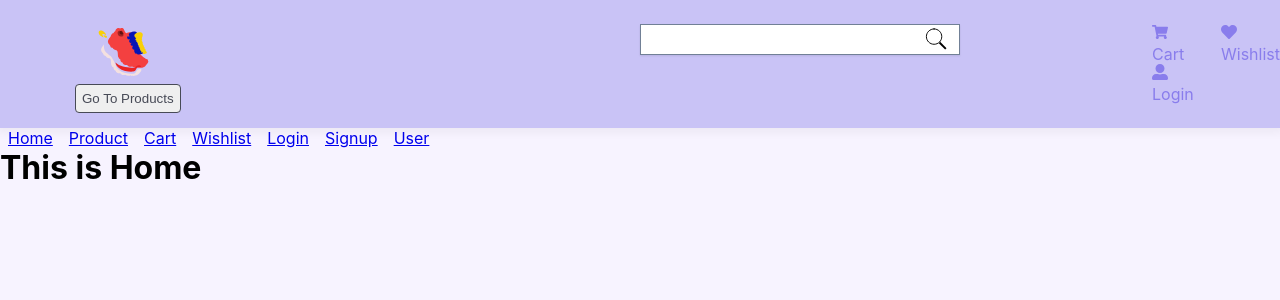
Repository: Irfan-vit/shoecase
Page: /
These files come from the project's save history. The page is drawn as it stood at one moment and after the next save; the edit follows.
The browser window is 1280 px wide. The pictures show the whole page.
The page's requests for data from a server got no answer. The project was rebuilt for these pictures with package versions that can differ from the ones it lists, and the page was loaded fresh each time. No one was signed in, and anything a server would have sent is missing. Also part of the build but not shown: src/pages/Product/ProductPage.jsx, src/pages/cart/CartPage.jsx, src/pages/wishlist/WishlistPage.jsx, src/pages/login/LoginPage.jsx, src/pages/signup/SignupPage.jsx, src/pages/user/StyledUser.jsx, src/components/forms/addAddress/AddAddress.jsx, src/components/forms/editAddress/EditAddress.jsx and 4 more.

Above is the page before, as saved 2023-05-22 04:40:59.

### src/index.js
import React, { useState } from 'react'
import { createRoot } from 'react-dom/client'
import { BrowserRouter } from 'react-router-dom'
import { makeServer } from './server'
import App from './App'

import { AuthProvider } from './context/AuthContext'
import { ToastContainer } from 'react-toastify'
import { ThemeProvider } from 'styled-components'
import { defaultTheme } from './utils/theme/theme'
import GlobalStyles from './utils/theme/Global'
import 'react-toastify/dist/ReactToastify.min.css'
import './utils/css/typography.css'
import './utils/css/colors.css'

// Call make Server
makeServer()

createRoot(document.getElementById('root')).render(
  <BrowserRouter>
    <AuthProvider>
      <ThemeProvider theme={defaultTheme}>
        <App />
        <ToastContainer />
        <GlobalStyles />
      </ThemeProvider>
    </AuthProvider>
  </BrowserRouter>,
)

### src/App.jsx
import { useEffect } from 'react'
import { Routes, Route, Link } from 'react-router-dom'
import axios from 'axios'

import Home from './pages/home/HomePage'
import Product from './pages/Product/ProductPage'
import Cart from './pages/cart/CartPage'
import Wishlist from './pages/wishlist/WishlistPage'
import Login from './pages/login/LoginPage'
import Signup from './pages/signup/SignupPage'
import User from './pages/user/User'

import RequiresAuth from './components/RequiresAuth'
import { useAuth } from './context/AuthContext'
import NavBar from './components/navBar/NavBar'

function App() {
  async function getCat() {
    const res = await axios.get('/api/products')
    const dat = res.data.products
    console.log(dat)
  }
  useEffect(() => {
    getCat()
  }, [])
  return (
    <div className="App">
      <NavBar />
      <nav>
        <Link to="/" style={{ padding: '0.5rem' }}>
          Home
        </Link>
        <Link to="/product" style={{ padding: '0.5rem' }}>
          Product
        </Link>
        <Link to="/cart" style={{ padding: '0.5rem' }}>
          Cart
        </Link>
        <Link to="/wishlist" style={{ padding: '0.5rem' }}>
          Wishlist
        </Link>
        <Link to="/login" style={{ padding: '0.5rem' }}>
          Login
        </Link>
        <Link to="/signup" style={{ padding: '0.5rem' }}>
          Signup
        </Link>
        <Link to="/user" style={{ padding: '0.5rem' }}>
          User
        </Link>
      </nav>
      <Routes>
        <Route path="/" element={<Home />} />
        <Route path="/product" element={<Product />} />
        <Route path="/wishlist" element={<Wishlist />} />
        <Route path="/login" element={<Login />} />
        <Route path="/signup" element={<Signup />} />
        {/* <Route path="/user" element={<User />} /> */}
        <Route
          path="/cart"
          element={
            <RequiresAuth>
              <Cart />
            </RequiresAuth>
          }
        />
        <Route
          path="/user"
          element={
            <RequiresAuth>
              <User />
            </RequiresAuth>
          }
        />
      </Routes>
    </div>
  )
}

export default App

### src/context/AuthContext.jsx
import { createContext, useContext, useEffect, useState } from 'react'
import { useNavigate, useLocation } from 'react-router-dom'
import axios from 'axios'
import { login, signup } from '../api/auth/apiAuth'

const AuthContext = createContext()

const AuthProvider = ({ children }) => {
  const localStorageToken = JSON.parse(localStorage.getItem('token'))
  const navigate = useNavigate()
  const location = useLocation()
  const [token, setToken] = useState(localStorageToken?.token)
  const [userDetails, setUserDetails] = useState(localStorageToken?.user)

  async function getUser({ email, password }, e) {
    try {
      e.preventDefault()
      const {
        data: { foundUser, encodedToken },
      } = await login({ email, password })
      localStorage.setItem(
        'token',
        JSON.stringify({ token: encodedToken, user: foundUser }),
      )
      setToken(encodedToken)
      setUserDetails(foundUser)
      console.log(foundUser)
      navigate(location?.state?.from?.pathname ?? '/', { replace: true })
    } catch {
      console.error('invalid Credentials')
    }
  }

  async function setUser({ email, password }, e) {
    try {
      e.preventDefault()
      const {
        data: { createdUser, encodedToken },
      } = await signup({ email, password })
      console.log(createdUser, encodedToken, 'response data')
      localStorage.setItem(
        'token',
        JSON.stringify({ token: encodedToken, user: createdUser }),
      )
      setToken(encodedToken)
      setUserDetails(createdUser)
      console.log(createdUser)
      navigate('/')
    } catch {
      console.error('invalid signup')
    }
  }
  return (
    <AuthContext.Provider
      value={{ getUser, setUser, token, setToken, userDetails, setUserDetails }}
    >
      {children}
    </AuthContext.Provider>
  )
}

const useAuth = () => useContext(AuthContext)

export { AuthProvider, useAuth }

### src/utils/theme/theme.js
import defaultColors from './defaultThemeColors'
// import typography from './typogarphy'
export const defaultTheme = {
  primaryBg: defaultColors.primaryBg,
  offSetBg: defaultColors.offSetBg,
  primaryText: defaultColors.primaryText,
  PrimaryHeading: defaultColors.PrimaryHeading,
  offSetText: defaultColors.offSetText,
  action: defaultColors.action,
  actionOffSet: defaultColors.actionOffSet,
  higilight: defaultColors.higilight,
}
export const darkTheme = {
  primaryBg: defaultColors.primaryBg,
  offSetBg: defaultColors.offSetBg,
  textOnPrimary: defaultColors.textOnPrimary,
  textOnOffSet: defaultColors.textOnOffSet,
  action: defaultColors.action,
  textColor: defaultColors.textColor,
  textMuted: defaultColors.textMuted,
}

### src/utils/theme/Global.js
import { createGlobalStyle } from 'styled-components'

const GlobalStyles = createGlobalStyle`
html {
    box-sizing: border-box;
    font-size: 16px;
    font-family: var(--font-family-body);
  }
*, *::before, *::after {
    box-sizing: inherit;
    Margin:0;
    Padding:0;
    Border:0;
}
body{
  background-color: ${(props) => props.theme.primaryBg};
}
`
export default GlobalStyles

### src/utils/css/typography.css
html {
    box-sizing: border-box;
    font-size: 16px;
    font-family: var(--font-family-body);
  }
*, *::before, *::after {
    box-sizing: inherit;
    Margin:0;
    Padding:0;
    Border:0;
}

:root{
    --font-family-hero: CircularPro, "Gill Sans", "Gill Sans MT", "Helvetica Neue", Helvetica, Arial, sans-serif;
    --font-family-headings: CircularPro, Sans, apple-system, sans-serif;
    --font-family-body: -apple-system, BlinkMacSystemFont, "Segoe UI", Roboto, Helvetica, Arial, sans-serif, "Apple Color Emoji", "Segoe UI Emoji", "Segoe UI Symbol";
    --font-family-serif: Georgia, "Times New Roman", serif;
    --font-family-mono: Menlo, Monaco, "Courier New", monospace;
    --font-xxxs: 0.425rem;
    --font-xxs: 0.625rem;
    --font-xs: 0.7rem;
    --font-sm: 0.875rem;
    --font-md: 1rem;
    --font-lg: 1.25rem;
    --font-xl: 1.5rem;
    --font-xxl: 2.25rem;
    --font-xxxl: 3rem;
    --font-xxxxl: 4rem;
    --font-weight-light: 300;
    --font-weight-normal: 400;
    --font-weight-strong: 500;
    --font-weight-semi-bold: 600;
    --font-weight-bold: 700;
    --primary-color: #6c5ce7;
    --primary-heavy: #5d4aec;
    --primary-light: #897dec;
    --text-on-primary: #ffffff;
    --primary-bg: #eceaff;
    --primary-bg-heavy: #c9c3f6;
    --secondary-color: #ffffff;
    --secondary-heavy: #ffffff;
    --secondary-light: #ffffff;
    --text-on-secondary: #6c5ce7;
    --secondary-bg: #ffffff;
    --secondary-bg-heavy: #ffffff;
    --error-color: #e62e5c;
    --error-heavy: #d31948;
    --error-light: #f086a0;
    --error-bg: #f7bac9;
    --error-bg-heavy: #8d1130;
    --spacing-unit: 6px;
    --margins: 2;
    --margin-size: (var(--margins) * 2);
    --cell-padding: (4 * var(--spacing-unit));
    --grid-gutter: (var(--margins) * var(--spacing-unit));
    --grid-margin: (var(--margin-size) * var(--spacing-unit));
    --cell-margin: (var(--grid-gutter) / 2);
    --border-radius-small: 0.125rem;
    --border-radius-medium: 0.25rem;
    --border-radius-large: 0.5rem;
    --border-radius-x-large: 1rem;
    --border-radius-circle: 50%;
    --border-radius-pill: 9999px;
    --border-size1: 1px;
    --border-size2: 2px;
    --border-size3: 3px;
    --border-size4: 4px;
    --text-color: #718096;
    --text-bright: #000;
    --text-muted: #a9b1ba;
    --bg-color: #fff;
    --background-body: #202b38;
    --background: #161f27;
    --background-alt: #1a242f;
    --box-shadow: 0 -1px 1px 0 rgba(0, 0, 0, 0.09), 0 2px 2px 0 rgba(0, 0, 0, 0.23);
    --box-shadow-x-small: 0 1px 0 #0d131e0d;
    --box-shadow-small: 0 1px 2px #0d131e1a;
    --box-shadow-medium: 0 2px 4px #0d131e1a;
    --box-shadow-large: 0 2px 8px #0d131e1a;
    --box-shadow-x-large: 0 4px 16px #0d131e1a;
    --border-color: #fff;
    --form-placeholder: #a9a9a9;
    --form-text: #fff;
    --color-focus-outline: #4299e14c;
    --tertiary-color: #8367C7;
    --complimentary-color: #F0FFF1;
    --twitter: #1da1f2;
    --slack: #4a154b;
    --github: #24292e;
    --heading-xxs: 1rem;
    --heading-xs: 1.1rem;
    --heading-sm: 1.25rem;
    --heading-md: 1.5rem;
    --heading-lg: 2rem;
    --heading-xl: 3rem;
    --heading-xxl: 4rem;
}

### src/utils/css/colors.css
:root{
    --background-color: #FFFFFF;
    --on-background-color: #2B2B2B;
    --on-background-low-color: #9598A1;
    --on-background-medium-color: #707279;
    --on-background-high-color: #2B2B2B;
    --primary-color: #6C5CE7;
    --on-primary-color: #FFFFFF;
    --border-medium-color: #EDEDED;
    --border-medium-hover-color: #CECECE;
    --border-medium-focus-color: #C6C6C6;
    --border-medium-active-color: #AFAFAF;
    --border-high-color: #BABEC9;
    --border-high-hover-color: #A3A6B0;
    --border-high-focus-color: #9DA1A9;
    --border-high-active-color: #8C8F96;
    --border-primary-color: #6C5CE7;
    --border-primary-hover-color: #8376EB;
    --border-primary-focus-color: #897DEC;
    --border-primary-active-color: #8F83ED;
    --surface-color: #FFFFFF;
    --surface-hover-color: #EDEBFC;
    --surface-active-color: #DCD8F9;
    --surface-focus-color: #E2DEFA;
    --on-surface-color: #2B2B2B;
    --on-surface-medium-color: #707279;
    --on-surface-low-color: #9598A1;
    --surface01-color: #FFFBFF;
    --surface02-color: #F7F2FD;
    --surface-primary-color: #140068;
    --surface-primary-hover-color: #3A2980;
    --surface-primary-active-color: #433386;
    --surface-primary-focus-color: #4C3D8C;
    --on-surface-primary-color: #FFFFFF;
    --surface-neutral-color: #FFFFFF;
    --surface-neutral-hover-color: #F4F5F6;
    --surface-neutral-focus-color: #F1F2F4;
    --surface-neutral-active-color: #EEEFF2;
    --on-surface-neutral-high-color: #2B2B2B;
    --on-surface-neutral-medium-color: #707279;
    --on-surface-neutral-low-color: #9598A1;
    --positive-color: #37B26C;
    --negative-color: #E62E5C;
    --warning-color: #FFC640;
    --process-color: #0984E3;
    --primary-surface-color: #F6F5FE;
    --positive-surface-color: #F3FAF6;
    --negative-surface-color: #FDF2F5;
    --warning-surface-color: #FFFCF4;
    --process-surface-color: #F0F8FD;
}

### src/backend/controllers/CategoryController.js
import { Response } from "miragejs";

/**
 * All the routes related to Category are present here.
 * These are Publicly accessible routes.
 * */

/**
 * This handler handles gets all categories in the db.
 * send GET Request at /api/categories
 * */

export const getAllCategoriesHandler = function () {
  try {
    return new Response(200, {}, { categories: this.db.categories });
  } catch (error) {
    return new Response(
      500,
      {},
      {
        error,
      }
    );
  }
};

/**
 * This handler handles gets all categories in the db.
 * send GET Request at /api/user/category/:categoryId
 * */

export const getCategoryHandler = function (schema, request) {
  const categoryId = request.params.categoryId;
  try {
    const category = schema.categories.findBy({ _id: categoryId });
    return new Response(200, {}, { category });
  } catch (error) {
    return new Response(
      500,
      {},
      {
        error,
      }
    );
  }
};

### src/backend/controllers/ProductController.js
import { Response } from "miragejs";

/**
 * All the routes related to Product are present here.
 * These are Publicly accessible routes.
 * */

/**
 * This handler handles gets all products in the db.
 * send GET Request at /api/products
 * */

export const getAllProductsHandler = function () {
  return new Response(200, {}, { products: this.db.products });
};

/**
 * This handler handles gets all products in the db.
 * send GET Request at /api/user/products/:productId
 * */

export const getProductHandler = function (schema, request) {
  const productId = request.params.productId;
  try {
    const product = schema.products.findBy({ _id: productId });
    return new Response(200, {}, { product });
  } catch (error) {
    return new Response(
      500,
      {},
      {
        error,
      }
    );
  }
};

### src/backend/db/categories.js
import { v4 as uuid } from 'uuid'
import { casual, fitness, track, sports } from '../../assets/assetsServer'
/**
 * Category Database can be added here.
 * You can add category of your wish with different attributes
 * */

export const categories = [
  {
    _id: uuid(),
    categoryName: 'casual',
    imgSrc: casual,
  },
  {
    _id: uuid(),
    categoryName: 'sports',
    imgSrc: sports,
  },
  {
    _id: uuid(),
    categoryName: 'fitness',
    imgSrc: fitness,
  },
  {
    _id: uuid(),
    categoryName: 'track',
    imgSrc: track,
  },
]

### src/backend/db/products.js
import { v4 as uuid } from 'uuid'
import {
  casualT1,
  casualT2,
  fitnessT1,
  fitnessT2,
  trackT1,
  trackT2,
  sportsT1,
  sportsT2,
} from '../../assets/assetsServer'
/**
 * Product Database can be added here.
 * You can add products of your wish with different attributes
 * */

export const products = [
  {
    _id: uuid(),
    isFeatured: false,
    title: 'Vans Old Skool',
    price: '5499',
    categoryName: 'casual',
    inWishlist: true,
    inCart: true,
    imgSrc: casualT1,
    rating: 4.5,
  },
  {
    _id: uuid(),
    isFeatured: true,
    title: 'Adidas Gazelle',
    price: '7799',
    categoryName: 'casual',
    inWishlist: false,
    inCart: false,
    imgSrc: casualT2,
    rating: 3.0,
  },
  {
    _id: uuid(),
    isFeatured: false,
    title: 'Mizuno sneakers',
    price: '13912',
    categoryName: 'fitness',
    inWishlist: false,
    inCart: false,
    imgSrc: fitnessT1,
    rating: 3.5,
  },
  {
    _id: uuid(),
    isFeatured: true,
    title: 'Reebok Hexaffect',
    price: '7999',
    categoryName: 'fitness',
    inWishlist: false,
    inCart: false,
    imgSrc: fitnessT2,
    rating: 3.0,
  },
  {
    _id: uuid(),
    isFeatured: true,
    title: 'Brroks Hyperion Max',
    price: '5999',
    categoryName: 'track',
    inWishlist: false,
    inCart: false,
    imgSrc: trackT1,
    rating: 3.5,
  },
  {
    _id: uuid(),
    isFeatured: false,
    title: 'Air Zoom Pegasus',
    price: '8996',
    categoryName: 'track',
    inWishlist: false,
    inCart: false,
    imgSrc: trackT2,
    rating: 4.5,
  },
  {
    _id: uuid(),
    isFeatured: true,
    title: 'New Balance Revlitye',
    price: '5890',
    categoryName: 'sports',
    inWishlist: false,
    inCart: false,
    imgSrc: sportsT1,
    rating: 4,
  },
  {
    _id: uuid(),
    isFeatured: false,
    title: 'Hummel Liga GK',
    price: '7199',
    categoryName: 'sports',
    inWishlist: false,
    inCart: false,
    imgSrc: sportsT2,
    rating: 3.5,
  },
]

### src/backend/db/users.js
import { v4 as uuid } from 'uuid'
import { formatDate } from '../utils/authUtils'
/**
 * User Database can be added here.
 * You can add default users of your wish with different attributes
 * Every user will have cart (Quantity of all Products in Cart is set to 1 by default), wishList by default
 * */

export const users = [
  {
    _id: uuid(),
    firstName: 'Adarsh',
    lastName: 'Balika',
    email: 'adarshbalika@gmail.com',
    password: 'adarshbalika',
    address: [],
    createdAt: formatDate(),
    updatedAt: formatDate(),
  },
  {
    _id: uuid(),
    firstName: 'Adarsh',
    lastName: 'Balika',
    email: 'balika@gmail.com',
    password: 'balika',
    address: [],
    createdAt: formatDate(),
    updatedAt: formatDate(),
  },
]

### src/pages/home/HomePage.jsx
const Home = () => {
  return (
    <>
      <h1>This is Home</h1>
    </>
  )
}

export default Home

### src/components/navBar/NavBar.jsx
import { useNavigate } from 'react-router-dom'
import { redirect } from 'react-router-dom'
import { Link } from 'react-router-dom'
import { StyledNavWrapper, StyledNav, StyledNavList } from '../../styles/index'
import { FaShoppingCart, FaHeart, FaUserAlt } from 'react-icons/fa'
import HeroLogo from '../animations/HeroAnimations/HeroLogo'

import SearchInput from '../inputs/SeacrhInput'
import Select from '../select/Select'
// import { useFilterProducts } from '../../context/filterProductsContext'

const NavBar = () => {
  // const { filterDispatch, filterState } = useFilterProducts()
  const navigate = useNavigate()
  return (
    <StyledNavWrapper>
      <StyledNav>
        <div>
          <div>
            <Link to="/">
              <HeroLogo />
            </Link>
          </div>
          <div>
            <Select />
          </div>
        </div>
        <div>
          <div>
            <SearchInput />
          </div>
          <div>
            <StyledNavList>
              <ul>
                <li>
                  <Link to="/cart">
                    <FaShoppingCart />
                    <p>Cart</p>
                  </Link>
                </li>
                <li>
                  <Link to="/wishlist">
                    <FaHeart />
                    <p>Wishlist</p>
                  </Link>
                </li>
                <li>
                  <Link to="">
                    <FaUserAlt />
                    <p>Login</p>
                  </Link>
                </li>
              </ul>
            </StyledNavList>
          </div>
        </div>
      </StyledNav>
    </StyledNavWrapper>
  )
}

export default NavBar

### src/api/auth/apiAuth.js
import axios from 'axios'

export const login = async ({ email, password }) =>
  await axios.post(`/api/auth/login`, {
    email,
    password,
  })

export const signup = async ({ email, password }) =>
  await axios.post(`/api/auth/signup`, {
    email,
    password,
  })

### src/utils/theme/defaultThemeColors.js
const defaultColors = {
  primaryBg: '#f7f3ff',
  PrimaryHeading: '#a9b1ba',
  primaryText: '#718096',
  offSetBg: '#c9c3f6',
  offSetText: '#474a56',
  action: '#885df1',
  actionOffSet: '#ffffff',

  higilight: '#897dec',
  // higilight: '#5D48B8',
}

export default defaultColors

### src/assets/assetsServer.js
import casual from './images/casual.jpg'
import casualT1 from './images/casualT1.jpg'
import casualT2 from './images/casualT2.jpg'
import fitness from './images/fitness.jpg'
import fitnessT1 from './images/fitnessT1.jpg'
import fitnessT2 from './images/fitnessT2.jpg'
import track from './images/track.jpg'
import trackT1 from './images/trackT1.jpg'
import trackT2 from './images/trackT2.jpg'
import sports from './images/sports.jpg'
import sportsT1 from './images/sportsT1.jpg'
import sportsT2 from './images/sportsT2.jpg'
import men from './images/men.jpg'
import mensT1 from './images/mensT1.jpg'
import mensT2 from './images/mensT2.jpg'
import women from './images/women.jpg'
import womensT1 from './images/womensT1.jpg'
import womensT2 from './images/womensT2.jpg'

export {
  casual,
  casualT1,
  casualT2,
  fitness,
  fitnessT1,
  fitnessT2,
  track,
  trackT1,
  trackT2,
  sports,
  sportsT1,
  sportsT2,
  men,
  mensT1,
  mensT2,
  women,
  womensT1,
  womensT2,
}

### src/styles/index.js
export * from './NavBarStyles'
export * from './SelectStyles'
export * from './SearchInputStyles'

### src/components/animations/HeroAnimations/HeroLogo.jsx
import { useLottie, useLottieInteractivity } from 'lottie-react'
import logoRun from '../../../assets/json/logo.json'
const style = {
  height: '4rem',
  width: '4rem',
  display: 'inline-block',
  cursor: 'pointer',
}

const options = {
  animationData: logoRun,
}

const HeroLogo = () => {
  const lottieObj = useLottie(options, style)
  const Animation = useLottieInteractivity({
    lottieObj,
    mode: 'cursor',
    actions: [
      {
        position: { x: [0, 1], y: [0, 1] },
        type: 'seek',
        frames: [49, 72],
      },
      {
        position: { x: -1, y: -1 },
        type: 'stop',
        frames: [72],
      },
    ],
  })

  return Animation
}

export default HeroLogo

### src/components/inputs/SeacrhInput.jsx
import Search from '../animations/Floats/Search'

import { StyledSearchInput } from '../../styles/index'
// import { useFilterProducts } from '../../context/filterProductsContext'
const SearchInput = () => {
  // const { search, setSearch } = useFilterProducts()
  return (
    <form action="">
      <StyledSearchInput>
        <input
          type="text"
          // value={search}
          // onChange={(e) => setSearch(e.target.value)}
        />
        <Search />
      </StyledSearchInput>
    </form>
  )
}
export default SearchInput

### src/components/select/Select.jsx
import { useNavigate } from 'react-router-dom'
// import { useFilterProducts } from '../../context/filterProductsContext'
import { StyledSelect } from '../../styles/index'
import { Link } from 'react-router-dom'

const Select = () => {
  // const { filterDispatch, filterState } = useFilterProducts()
  const navigate = useNavigate()
  return (
    <form action="">
      <label
        htmlFor="categories"
        onSubmit={(e) => {
          e.preventDefault()
        }}
      >
        <StyledSelect name="categories" id="categories">
          <option value="select">
            <Link
              onClick={() => {
                // filterDispatch({ type: 'reset' })
                navigate('/product')
              }}
            >
              Go To Products
            </Link>
          </option>
          <option value="casual">
            <Link
              onClick={() => {
                // filterDispatch({ type: 'casual' })
                navigate('/product')
              }}
            >
              Casual
            </Link>
          </option>
          <option value="fitness">
            <Link
              onClick={() => {
                navigate('/product')
                // filterDispatch({ type: 'fitness' })
              }}
            >
              Fitness
            </Link>
          </option>
          <option value="track">
            <Link
              onClick={() => {
                navigate('/product')
                // filterDispatch({ type: 'track' })
              }}
            >
              Track
            </Link>
          </option>
          <option value="sports">
            <Link
              onClick={() => {
                navigate('/product')
                // filterDispatch({ type: 'sports' })
              }}
            >
              Sports
            </Link>
          </option>
        </StyledSelect>
      </label>
    </form>
  )
}
export default Select

### src/styles/NavBarStyles.jsx
import styled from 'styled-components'

const StyledNavWrapper = styled.aside`
  margin-bottom: 8rem;
`

const StyledNav = styled.nav`
  box-shadow: var(--box-shadow);
  box-shadow: 0px 0px 10px 4px rgb(0 0 0 / 5%);
  z-index: 1;
  position: fixed;
  top: 0;
  width: 100%;
  height: 8rem;
  background-color: ${(props) => props.theme.offSetBg};
  margin: 0 auto;
  display: flex;
  align-items: center;
  justify-content: space-between;
  > :nth-child(1) {
    display: flex;
    flex-flow: column wrap;
    align-items: center;
    flex-basis: 20%;
    justify-content: space-around;
  }
  > :nth-child(2) {
    display: flex;
    justify-content: space-between;
    > :nth-child(1) {
      flex-basis: 50%;
    }
    > :nth-child(2) {
      flex-basis: 20%;
    }
  }

  @media (min-width: 900px) {
    display: flex;
    justify-content: space-between;
    align-items: center;
    > :nth-child(1) {
      display: flex;
      align-items: center;
      flex-basis: 20%;
      justify-content: space-around;
    }
    > :nth-child(2) {
      flex-basis: 50%;
    }
    > :nth-child(3) {
      flex-basis: 20%;
    }
  }
`

const StyledNavList = styled.div`
  > ul {
    display: flex;
    flex-flow: row wrap;
    list-style-type: none;
    justify-content: space-between;
    align-items: center;
    align-content: center;
  }
  > ul > li {
    flex-basis: 23%;
  }
  > ul > li > a {
    text-decoration: none;
    margin: 0;
    padding: 0;
    transition: 0.3s;
    text-decoration: underline;
    text-decoration-color: transparent;
    -webkit-text-decoration-color: transparent;
    -moz-text-decoration-color: transparent;
    text-decoration: none;
    color: ${(props) => props.theme.higilight};
    :hover,
    :active,
    :focus {
      color: ${(props) => props.theme.offSetText};
      text-decoration-line: underline;
      text-decoration-style: line;
      text-decoration-color: ${(props) => props.theme.offSetText};
      text-underline-offset: 3px;
    }
  }
`
export { StyledNavWrapper, StyledNav, StyledNavList }

### src/styles/SelectStyles.jsx
import styled from 'styled-components'
const StyledSelect = styled.select`
  outline: none;
  border: none;
  outline: none;
  cursor: pointer;
  border-radius: var(--border-size4);
  padding: var(--spacing-unit);
  color: ${(props) => props.theme.offSetText};
  border: 1px solid ${(props) => props.theme.offSetText};
  appearance: none;
  :focus {
    border: 1px solid ${(props) => props.theme.action};
    outline: none;
  }
`
export { StyledSelect }

### src/styles/SearchInputStyles.jsx
import styled from 'styled-components'

const StyledSearchInput = styled.div`
  position: relative;
  width: 100%;
  > input {
    outline: none;
    cursor: pointer;
    padding: var(--font-xxxs) var(--font-xxs);
    color: ${(props) => props.theme.primaryText};
    border: 1px solid ${(props) => props.theme.primaryHeading};
    box-shadow: var(--box-shadow-small);
    width: 100%;
    :focus {
      border: 1px solid ${(props) => props.theme.action};
      outline: none;
    }
  }
  > a {
    position: absolute;
    right: 0;
    bottom: 0%;
    transform: translate(-50%, 0%);
    color: ${(props) => props.theme.textMuted};
    cursor: pointer;
    :hover {
      color: ${(props) => props.theme.primaryColor};
    }
  }
`
export {StyledSearchInput}

### src/components/animations/Floats/Search.jsx
import { useLottie, useLottieInteractivity } from 'lottie-react'
import search from '../../../assets/json/search.json'
const style = {
  height: '1.5rem',
  display: 'inline-block',
  cursor: 'pointer',
}

const options = {
  animationData: search,
}

const Search = () => {
  const lottieObj = useLottie(options, style)
  const Animation = useLottieInteractivity({
    lottieObj,
    mode: 'cursor',
    actions: [
      {
        position: { x: [0, 1], y: [0, 1] },
        type: 'loop',
        frames: [0, 20],
      },
      {
        position: { x: -1, y: -1 },
        type: 'stop',
        frames: [0],
      },
    ],
  })

  return <a href="#">{Animation}</a>
}

export default Search

Loaded but not shown: public/index.html (common file); src/backend/utils/authUtils.js (common file); src/assets/json/logo.json (1 lines, source omitted); src/assets/json/search.json (1 lines, source omitted); src/backend/controllers/CartController.js (148 lines, source omitted); src/server.js (87 lines, source omitted); src/backend/controllers/WishlistController.js (100 lines, source omitted); src/backend/controllers/AuthController.js (101 lines, source omitted)

After the next save:
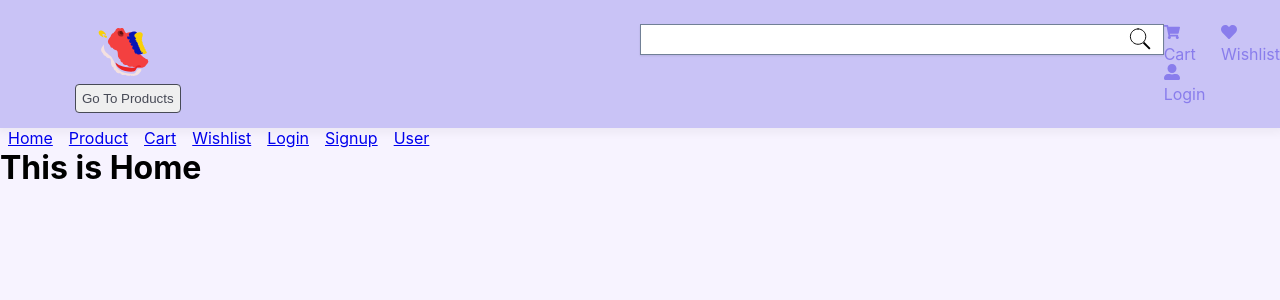
Saved 5 s later.
--- a/src/styles/NavBarStyles.jsx
+++ b/src/styles/NavBarStyles.jsx
@@ -28,7 +28,7 @@ const StyledNav = styled.nav`
     display: flex;
     justify-content: space-between;
     > :nth-child(1) {
-      flex-basis: 50%;
+      flex-basis: 90%;
     }
     > :nth-child(2) {
       flex-basis: 20%;
